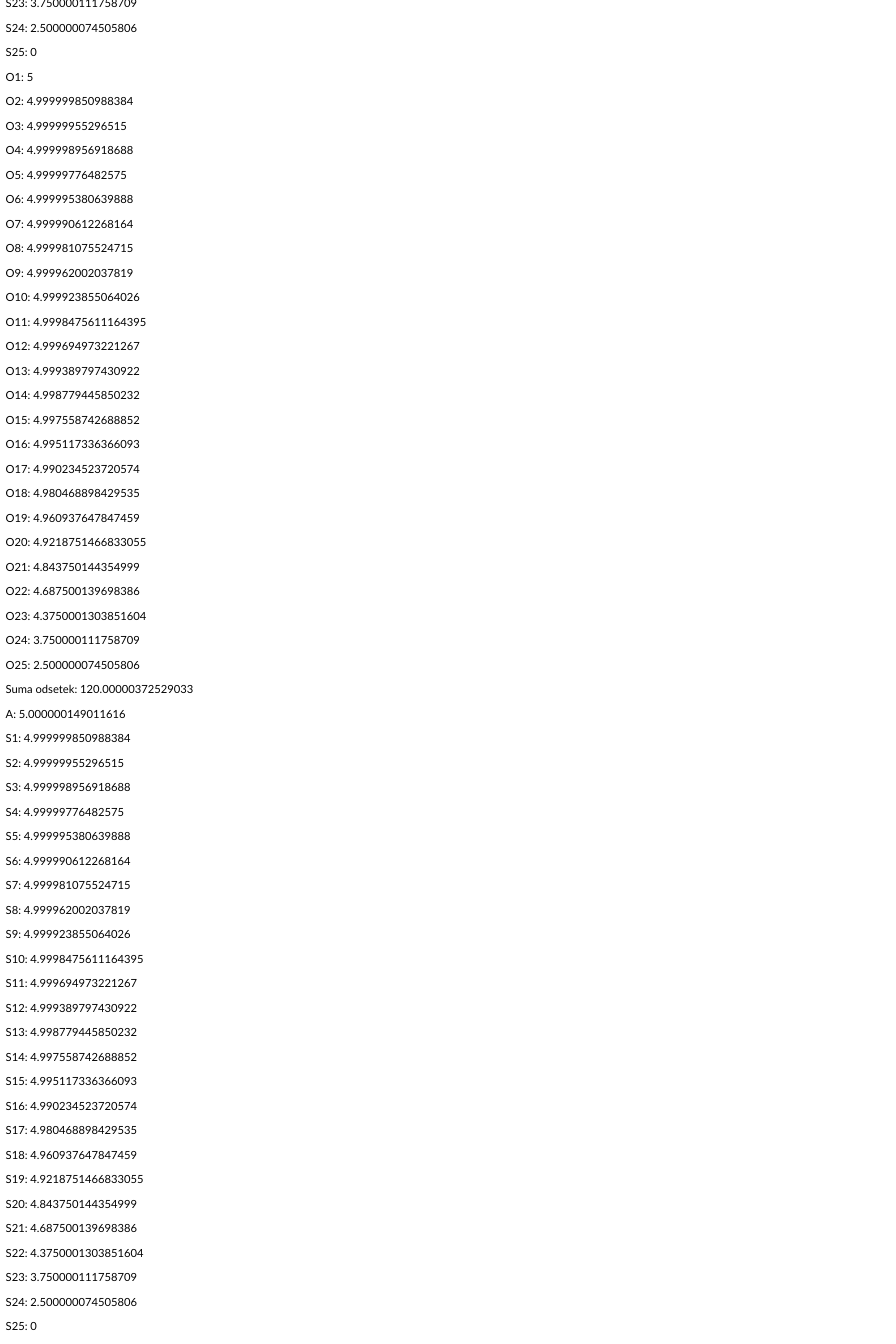
Repository: ravkita/MFCalc
Page: index.html
These files come from the project's save history. The page is drawn as it stood at one moment and after the next save; the edit follows.
The browser window is 1280 px wide. The pictures show the part of the page from y = 1981 to 3901 px (the page is 3901 px tall before and 2991 px after), at 70% of full size.
Empty fields were first filled with sample values (such as "Sample", 5 or name@example.com).
After loading, the first visible `#confirm` was clicked once.

Above is the page before, as saved 2021-04-12 19:11:18.

### index.html
<!DOCTYPE html>
<html lang="en">
<head>
    <meta charset="UTF-8">
    <meta http-equiv="X-UA-Compatible" content="IE=edge">
    <meta name="viewport" content="width=device-width, initial-scale=1.0">
    <title>Kalkulator</title>

    <style type="text/css">
        body{
            font-family: 'Gill Sans', 'Gill Sans MT', Calibri, 'Trebuchet MS', sans-serif;
        }
        .header{
            width: 100%;
            display: flex;
            flex-direction: column;
            justify-content: center;
            align-items: center;
        }
        .title{
            color: #222;
            margin-top: 50px;
            margin-bottom: 10px;
        }
        .subtitle{
            margin-top: 10px;
            color: #666666;
        }
    </style>
</head>
<body>
    <header class="header">
        <h1 class="title">MATEMATYKA FINANSOWA</h1>
    <h2 class="subtitle">KALKULATOR</h2>
    </header>
    <form action="" id="rata">
        <label for="S">S:</label> <input type="number" name="S" class="s">
        <label for="r">r (w postaci 0,0):</label> <input type="number" name="r" class="r">
        <label for="m">m:</label> <input type="number" name="m" class="m">
        <label for="N">N:</label> <input type="number" name="N" class="N">
        <label for="Ko">Ko:</label> <input type="number" name="Ko" class="Ko">
        <select name="type" id="typ">
            <option value="1">zmienna rata</option>
            <option value="2">zmienne płatności</option>
            <option value="3">narastanie kapitału</option>
        </select>
        <input type="button" name="confirm" id="confirm" value="zatwierdź">
    </form>
    <div class="result">

    </div>
    <script type="text/javascript">
        let s;
        let r;
        let m;
        let N;
        let q;
        let a;
        let Ko;
        let Sn = [];

        // RATY


        function rataStała(){
            const el = document.createElement("p");
            let t = s/(m*N);
            el.innerText = `T: ${t}`;
            document.querySelector('.result').appendChild(el);
        }
        function rataZmienna(){
            let tn = [];
            let sumaTn = 0;
                for(let i = 1; i<=N*m; i++){
                    const el = document.createElement("p");
                    tn[i-1] = s*((Math.pow(q, i) - Math.pow(q, i-1))/(Math.pow(q, m*N) - 1));
                    sumaTn += tn[i-1];
                    el.innerText = `T${i}: ${tn[i-1]}`;
                    document.querySelector('.result').appendChild(el);
                }
                const suma = document.createElement("p");
            suma.innerText = `Suma rat: ${sumaTn}`;
            document.querySelector('.result').appendChild(suma);
        }

        //KWOTA PŁATNOŚCI

        function kwotaPlatnosciStala(){
            const el = document.createElement("p");
            a = s*Math.pow(q, m*N)*((q-1)/(Math.pow(q, m*N)-1));
            el.innerText = `A: ${a}`;
            document.querySelector('.result').appendChild(el);
        }
        function kwotaPlatnosciZmienna(){
            for(let i = 1; i<=N*m; i++){
                const el = document.createElement("p");
                let an = (s/(N*m))*[1+((N*m)-i+1)*(r/m)];
                el.innerText = `A${i}: ${an}`;
                document.querySelector('.result').appendChild(el);
            }
        }

        // ODSETKI
        function odsetkiPrzyStalejRacie(){
            for(let i = 1; i<=N*m; i++){
                const el = document.createElement("p");
                let On = s*[1-((i-1)/(N*m))]*(r/m);
                el.innerText = `O${i}: ${On}`;
                document.querySelector('.result').appendChild(el);
            }
        }

        function odsetkiPrzyStalejKwocie(){
            saldoPrzyStałejKwocie();
            let On
            let sumaO = 0;
            for(let i = 1; i<=N*m; i++){
                const el = document.createElement("p");
                if(i === 1){
                     On = s*(r/m);
                     sumaO += On;
                }else{
                     On = Sn[i-2]*(r/m);
                     sumaO += On;
                }

                el.innerText = `O${i}: ${On}`;
                document.querySelector('.result').appendChild(el);
            }
            const suma = document.createElement("p");
            suma.innerText = `Suma odsetek: ${sumaO}`;
            document.querySelector('.result').appendChild(suma);
        }


        //SALDO
        function saldoPrzyStałejKwocie(){
            kwotaPlatnosciStala();
            for(let i = 1; i<=N*m; i++){
                const el = document.createElement("p");
                Sn[i-1] = s*(Math.pow((1+(r/m)), i)) - a*((Math.pow((1+(r/m)), i)-1)/((1+(r/m))-1));
                el.innerText = `S${i}: ${Sn[i-1]}`;
                document.querySelector('.result').appendChild(el);
            }
        }

        function saldoPrzyStałejRacie(){
            kwotaPlatnosciStala();
            for(let i = 1; i<=N*m; i++){
                const el = document.createElement("p");
                let SnS = s*(1-(i/(N*m)));
                el.innerText = `S${i}: ${SnS}`;
                document.querySelector('.result').appendChild(el);
            }
        }


        //NARASTANIE KAPITAŁU

        function narastanieKapitału(){
            for(let i = 1; i<=N; i++){
                const el = document.createElement("p");
                let Kn = Ko*(Math.pow((1+(r/m)), i*m));
                el.innerText = `K${i}: ${Kn}`;
                document.querySelector('.result').appendChild(el);
            }
        }



        function getData(){
            document.getElementById('confirm').addEventListener('click', (e) =>{
                s = document.querySelector('.s').value;
                r = document.querySelector('.r').value;
                m = document.querySelector('.m').value;
                N = document.querySelector('.N').value;
                Ko = document.querySelector('.Ko').value;
                q = 1+(r/m);
                let type = document.querySelector('#typ').value;
                document.querySelector('.result').innerHTML="";

                switch (type){
                    case "1":
                    rataZmienna();
                    kwotaPlatnosciStala();
                    odsetkiPrzyStalejKwocie()
                    saldoPrzyStałejKwocie()
                    break;
                    case "2":
                    kwotaPlatnosciZmienna();
                    rataStała();
                    odsetkiPrzyStalejRacie();
                    break;
                    case "3":
                    narastanieKapitału();
                }
            });
        }
        getData();
    </script>
</body>
</html>

After the next save:
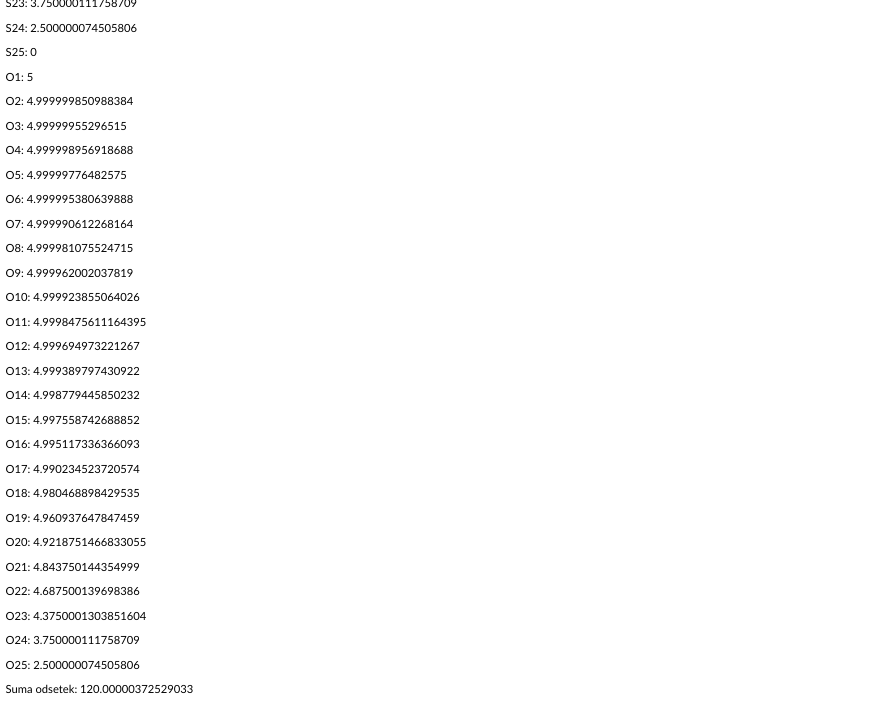
Saved 55 s later.
--- a/index.html
+++ b/index.html
@@ -184,12 +184,12 @@
                     rataZmienna();
                     kwotaPlatnosciStala();
                     odsetkiPrzyStalejKwocie()
-                    saldoPrzyStałejKwocie()
                     break;
                     case "2":
                     kwotaPlatnosciZmienna();
                     rataStała();
                     odsetkiPrzyStalejRacie();
+                    saldoPrzyStałejRacie();
                     break;
                     case "3":
                     narastanieKapitału();
